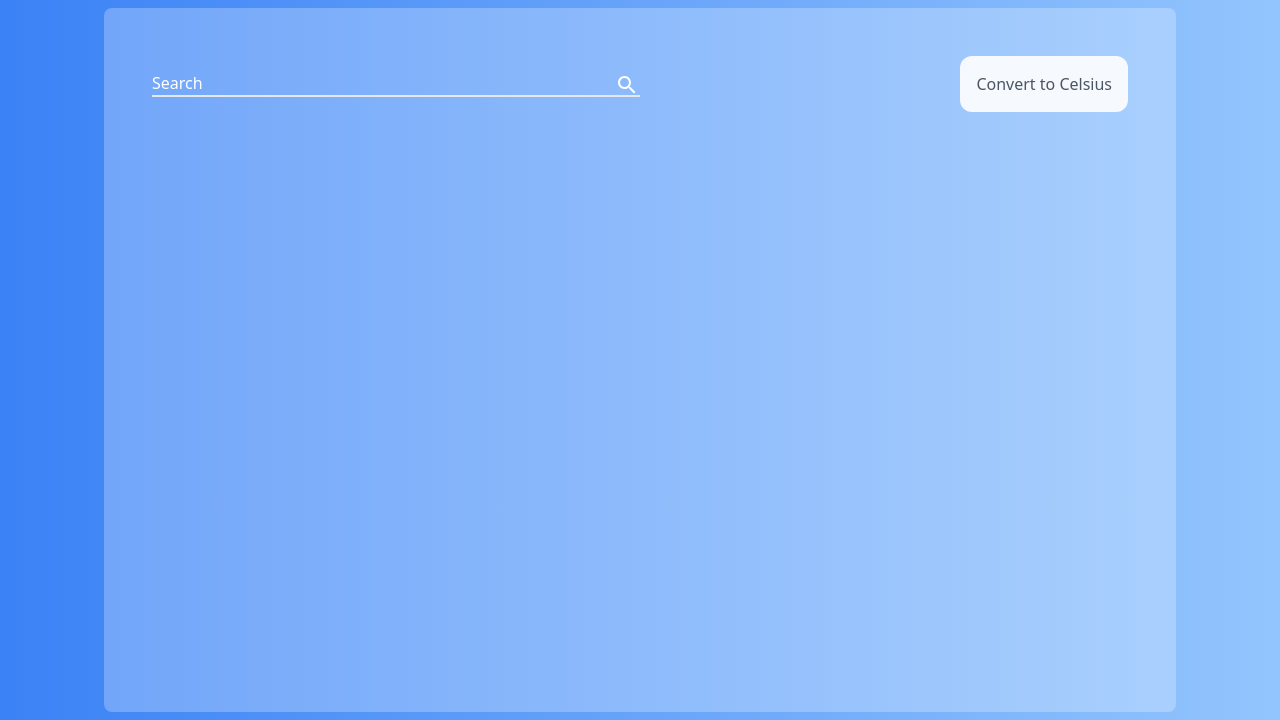
Repository: DevAntonioRogers/react-weatherapp-v2
Page: /
The author's editor kept a copy of each file at every save. The page is drawn from the files as they stood at one save, then again after the next save.
The browser window is 1280 px wide. The pictures show the whole page.
The project was rebuilt for these pictures with package versions that can differ from the ones it lists, and the page was loaded fresh each time. The framework's server and built-in components were replaced by stand-ins that run in the browser. Also part of the build but not shown: next.config.js.

Above is the page before, as saved 2023-05-18 23:25:03.

After the next save:
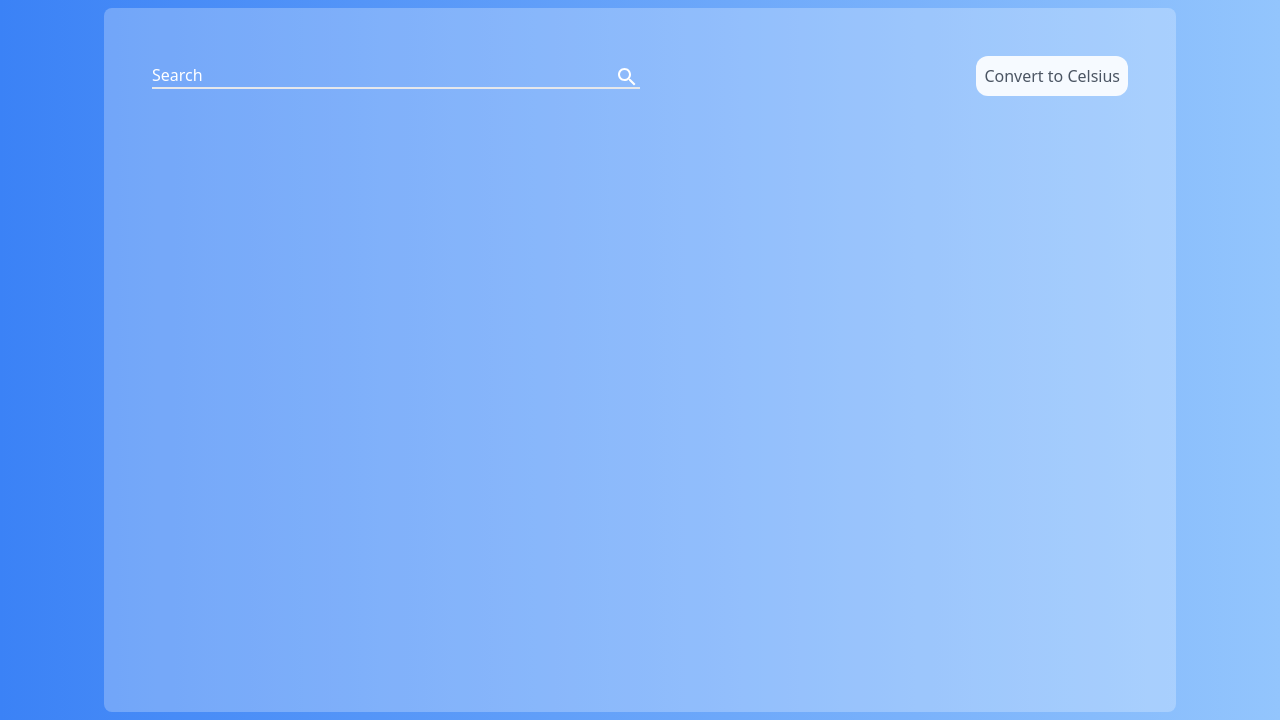
Saved 7 s later.
--- a/app/components/Conversion.tsx
+++ b/app/components/Conversion.tsx
@@ -3,7 +3,7 @@ import React from "react";
 const Conversion = () => {
   return (
     <div className="">
-      <button className="rounded-xl bg-white/90 p-4 text-gray-600">Convert to Celsius</button>
+      <button className="rounded-xl bg-white/90 p-2 text-gray-600">Convert to Celsius</button>
     </div>
   );
 };
